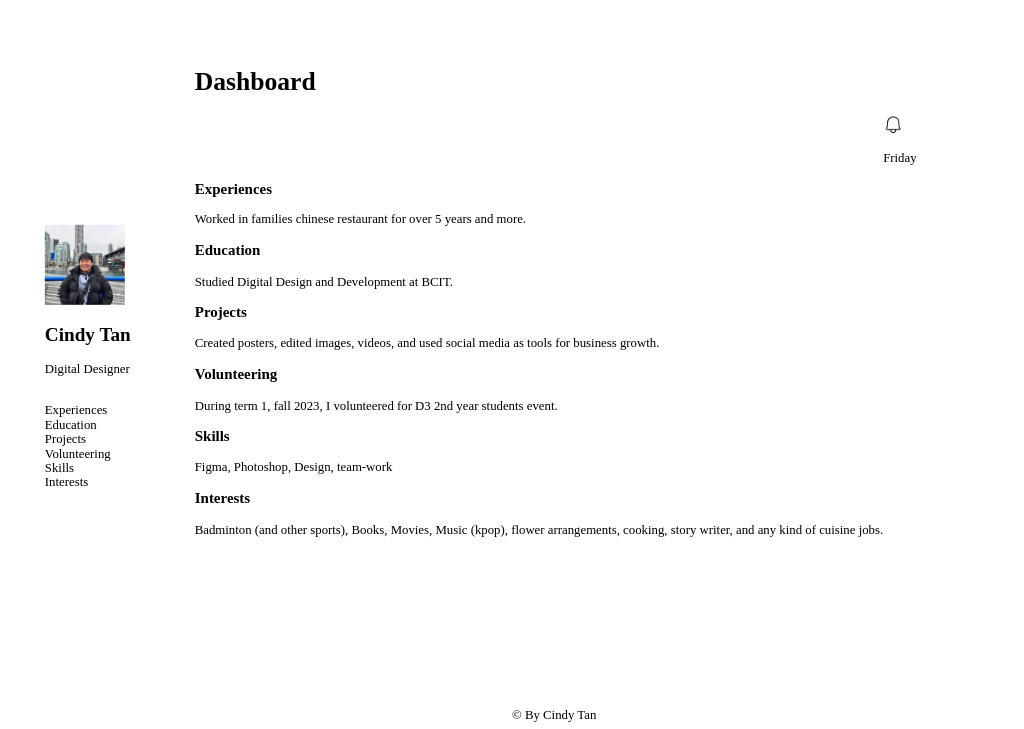
Repository: Cindy-tan/Assessment-_1
Page: /
These files come from the project's save history. The page is drawn as it stood at one moment and after the next save; the edit follows.
The browser window is 1280 px wide. The pictures show the whole page, at 80% of full size.
The project was rebuilt for these pictures with package versions that can differ from the ones it lists, and the page was loaded fresh each time. The framework's server and built-in components were replaced by stand-ins that run in the browser. Also part of the build but not shown: next.config.js, components/Card/Card.module.css.

Above is the page before, as saved 2024-01-19 00:41:56.

After the next save:
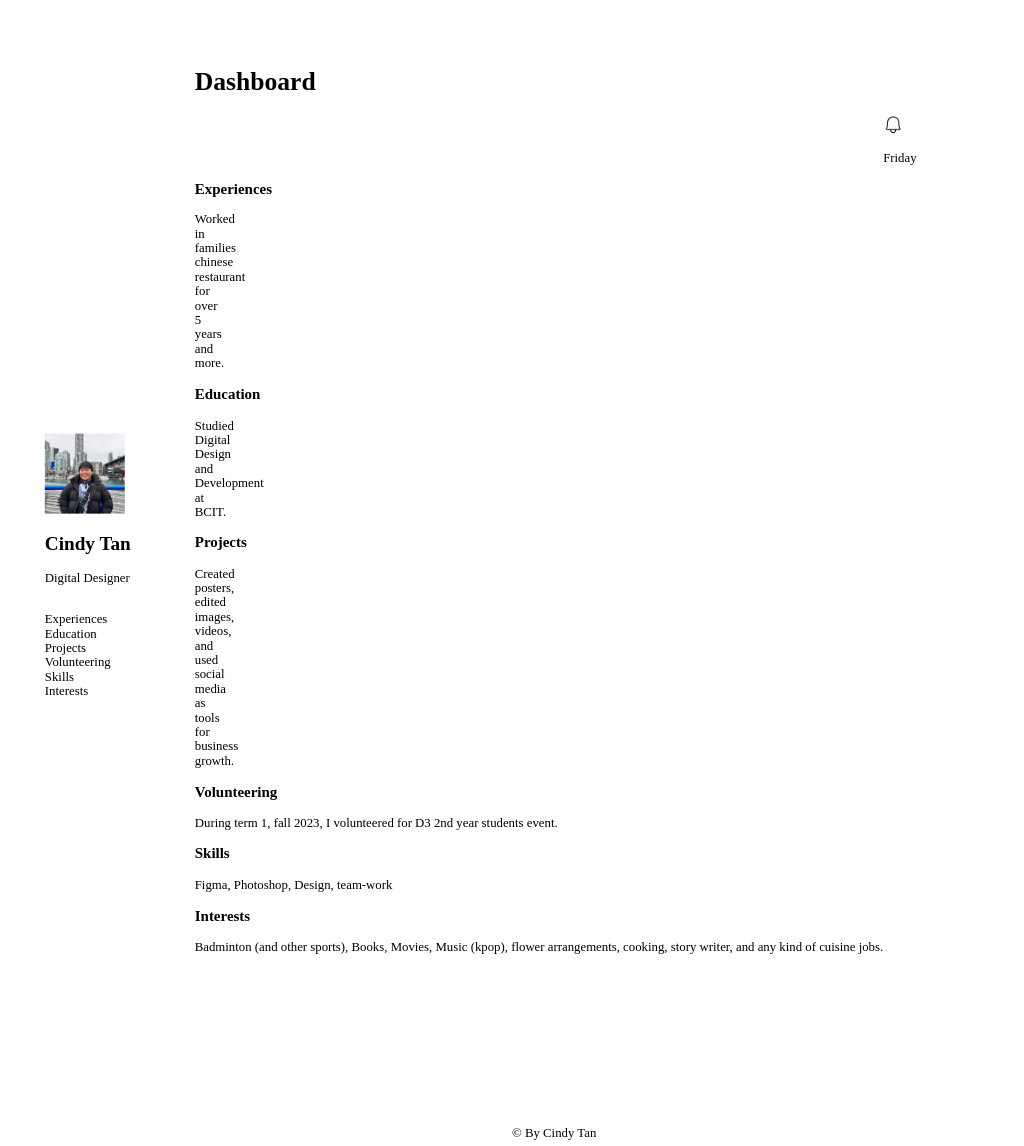
Saved 7 s later.
--- a/styles/Home.module.css
+++ b/styles/Home.module.css
@@ -13,5 +13,5 @@
 }
 
 .cardLeft {
-  padding-right: 10%;
+  padding-right: 100%;
 }

After the save that followed:
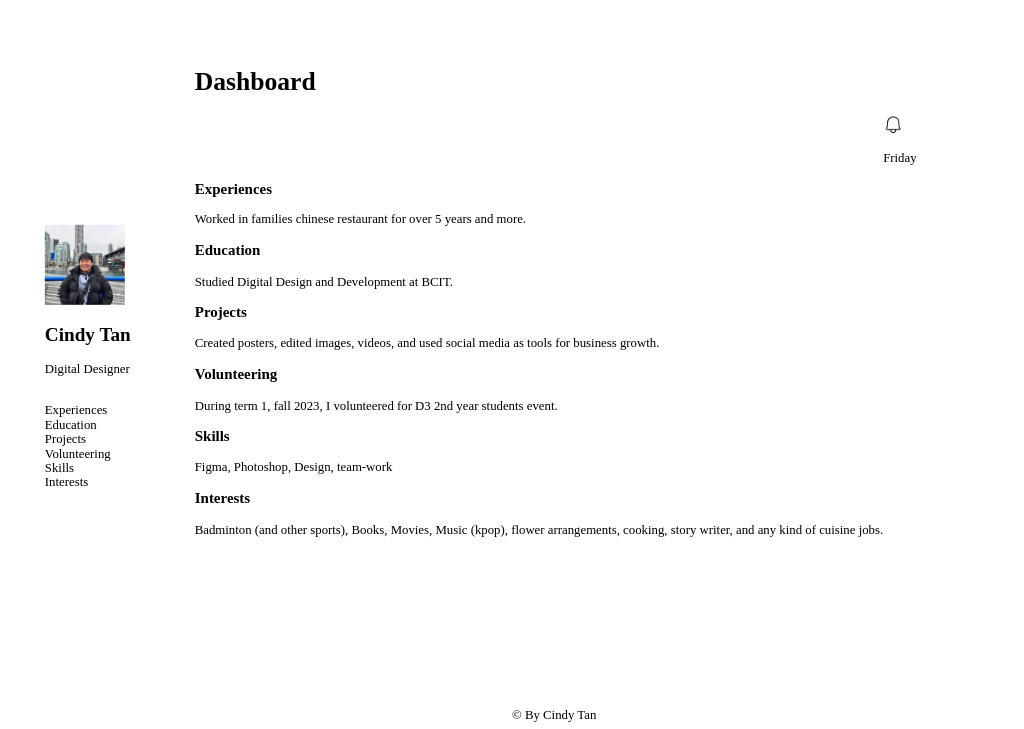
Saved 15 s later.
--- a/styles/Home.module.css
+++ b/styles/Home.module.css
@@ -13,5 +13,5 @@
 }
 
 .cardLeft {
-  padding-right: 100%;
+  padding-right: 10%;
 }
